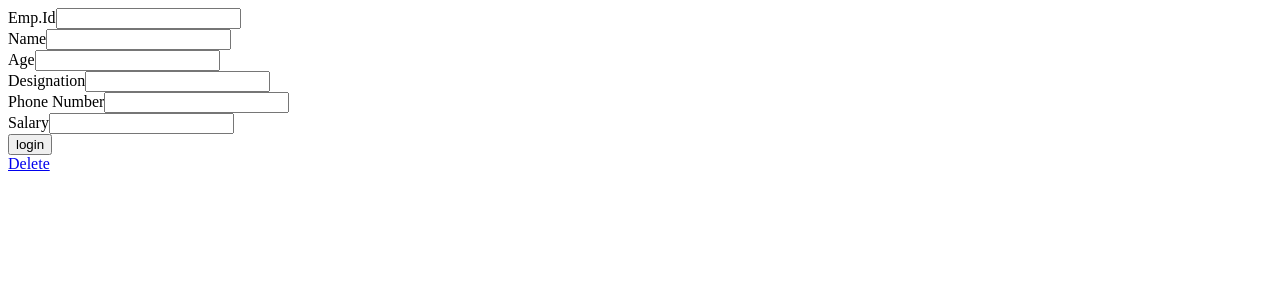
Repository: ramakrishnan1997/ram_javatraining
Page: crudemployeetest/CrudOperationEmp/src/main/webapp/index.html
An editor plug-in stored every save of this project. The page is shown before and after the next save, followed by the edit.
The browser window is 1280 px wide. The pictures show the whole page.

Above is the page before, as saved 2022-06-13 08:25:11.

After the next save:
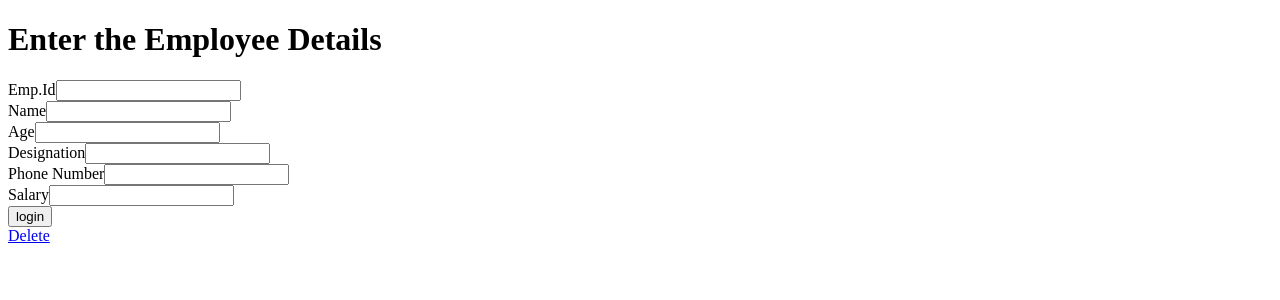
Saved 32 s later.
--- a/crudemployeetest/CrudOperationEmp/src/main/webapp/index.html
+++ b/crudemployeetest/CrudOperationEmp/src/main/webapp/index.html
@@ -5,6 +5,7 @@
 <title>Insert title here</title>
 </head>
 <body>
+<h1>Enter the Employee Details</h1>
 <form action ="LoginServlet">
 Emp.Id<input type="text" name="empId"></br>
 Name<input type="text" name="name"></br>
